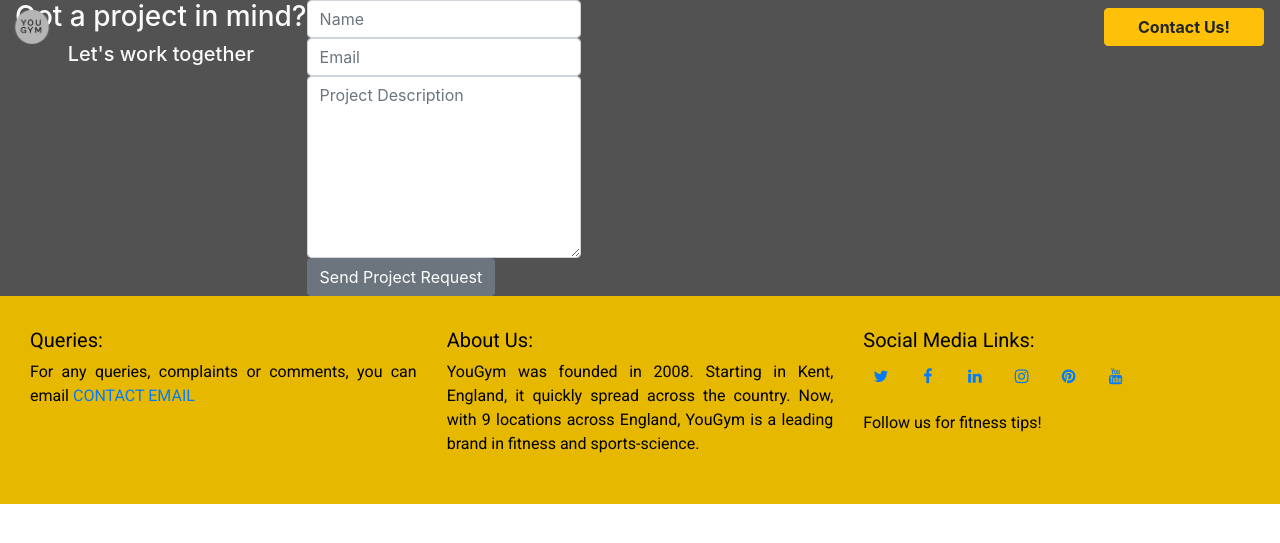
Repository: Felix-Redwood/Interactive-Frontend-Development-Milestone-Project
Page: contact.html
The author's editor kept a record of every edit. The page is drawn from the files as they stood at one moment, then again after the next edit.
The browser window is 1280 px wide. The pictures show the whole page.

Above is the page before.
Console error: ReferenceError: emailjs is not defined

### contact.html
<!DOCTYPE html>
<html lang="en">

<head>
    <meta charset="UTF-8">
    <meta name="viewport" content="width=device-width, initial-scale=1.0">
    <meta name="description" content="YouGym! | The gym for you!">
    <meta name="keywords" content="fitness, exercise, gyms, gym, workout, work out">
    <meta name="author" content="Felix Redwood">
    <meta http-equiv="X-UA-Compatible" content="ie=edge">
    <link rel="icon" type="image/png" href="assets/images/YouGym-logo.png">
    <title>YouGym official site</title>
    <link rel="stylesheet" href="assets/css/main.css" type="text/css" />
    <link href="https://stackpath.bootstrapcdn.com/bootstrap/4.4.1/css/bootstrap.min.css" rel="stylesheet" integrity="sha384-Vkoo8x4CGsO3+Hhxv8T/Q5PaXtkKtu6ug5TOeNV6gBiFeWPGFN9MuhOf23Q9Ifjh" crossorigin="anonymous">
    <link href="https://fonts.googleapis.com/css?family=Roboto&display=swap" rel="stylesheet">
    <link rel="stylesheet" href="https://stackpath.bootstrapcdn.com/font-awesome/4.7.0/css/font-awesome.min.css" type="text/css" />
    <script type="text/javascript" src="https://cdn.jsdelivr.net/npm/emailjs-com@2.4.1/dist/email.min.js"></script>
    <script type="text/javascript">
        (function() {
            emailjs.init("user_VGmB9lBk3P7b5oqcK2H0e");
            emailjs.send("gmail", "contact_template", { name: "YouGym", notes: "RE:" });
        })();
    </script>
</head>

<body>
    <div class="container-fluid navalert-container">
        <nav class="navbar navbar-dark navbar-expand-sm fixed-top top-nav">
            <a href="index.html">
                <img src="assets/images/navbar-logo.png" class="logo" alt="site_logo"/>
            </a>
            <div class="navbar-contact ml-auto">
                <a href="#">
            <button type="button" class="btn btn-warning contact-button">Contact Us!</button>
            </a>
            </div>
        </nav>
    </div>

    <div class="container-wrapper">
        <div class="email-harvester">
            <section class="container-fluid ">
                <div class="row bg-color-contact">
                    <div>
                        <h3 class="contact-heading uppercase text-center">Got a project in mind?</h3>
                        <h5 class="uppercase text-center">Let's work together</h5>
                    </div>
                    <div class="center-form">
                        <form onsubmit="return sendEmail(this);">
                            <input type="text" name="name" class="form-control" id="fullname" placeholder="Name" required/>
                            <input type="text" name="emailaddress" class="form-control" id="emailaddress" placeholder="Email" required/>
                            <textarea rows="7" name="projectsummary" class="form-control" id="projectsummary" placeholder="Project Description" required></textarea>
                            <button type="submit" class="btn btn-secondary center-block">Send Project Request</button>
                        </form>
                    </div>
                </div>
            </section>
        </div>
    </div>

    <!-- footer -->
    <footer class="container-fluid">
        <div class="row">
            <div class="col-sm-4 footer-container">
                <h5 class="uppercase">Queries:</h5>
                <p>For any queries, complaints or comments, you can email <a href="mailto:CONTACT EMAIL HERE" class="email-fade">CONTACT EMAIL</a></p>
                <!--this email, when clicked, will open an email template to contact YouGym-->
            </div>
            <div class="col-sm-4 footer-container">
                <h5 class="uppercase">About Us:</h5>
                <p>YouGym was founded in 2008. Starting in Kent, England, it quickly spread across the country. Now, with 9 locations across England, YouGym is a leading brand in fitness and sports-science. </p>
            </div>
            <div class="col-sm-4 footer-container">
                <h5 class="uppercase">Social Media Links:</h5>
                <ul class="list-inline social-media">
                    <li class="list-inline-item">
                        <a target="_blank" href="#">
                            <i class="fa fa-twitter" aria-hidden="true"></i>
                            <span class="sr-only">Twitter</span>
                        </a>
                    </li>
                    <li class="list-inline-item">
                        <a target="_blank" href="#">
                            <i class="fa fa-facebook" aria-hidden="true"></i>
                            <span class="sr-only">Facebook</span>
                        </a>
                    </li>
                    <li class="list-inline-item">
                        <a target="_blank" href="#">
                            <i class="fa fa-linkedin" aria-hidden="true"></i>
                            <span class="sr-only">LinkedIn</span>
                        </a>
                    </li>
                    <li class="list-inline-item">
                        <a target="_blank" href="#">
                            <i class="fa fa-instagram" aria-hidden="true"></i>
                            <span class="sr-only">Instagram</span>
                        </a>
                    </li>
                    <li class="list-inline-item">
                        <a target="_blank" href="#">
                            <i class="fa fa-pinterest" aria-hidden="true"></i>
                            <span class="sr-only">Pintrest</span>
                        </a>
                    </li>
                    <li class="list-inline-item">
                        <a target="_blank" href="#">
                            <i class="fa fa-youtube" aria-hidden="true"></i>
                            <span class="sr-only">YouTube</span>
                        </a>
                    </li>
                </ul>
                <p>Follow us for fitness tips!</p>
            </div>
        </div>
    </footer>
    <script src="https://code.jquery.com/jquery-3.4.1.slim.min.js" integrity="sha384-J6qa4849blE2+poT4WnyKhv5vZF5SrPo0iEjwBvKU7imGFAV0wwj1yYfoRSJoZ+n" crossorigin="anonymous"></script>
    <script src="https://cdn.jsdelivr.net/npm/popper.js@1.16.0/dist/umd/popper.min.js" integrity="sha384-Q6E9RHvbIyZFJoft+2mJbHaEWldlvI9IOYy5n3zV9zzTtmI3UksdQRVvoxMfooAo" crossorigin="anonymous"></script>
    <script src="https://stackpath.bootstrapcdn.com/bootstrap/4.4.1/js/bootstrap.min.js" integrity="sha384-wfSDF2E50Y2D1uUdj0O3uMBJnjuUD4Ih7YwaYd1iqfktj0Uod8GCExl3Og8ifwB6" crossorigin="anonymous"></script>
    <script type="text/javascript" src="assets/js/contact.js"></script>
</body>

</html>

### assets/css/main.css
body {
    font-family: 'Roboto', sans-serif;
}

bold {
    font-weight: bold;
}

/* This gives us an easy way to make text bold within the html document */

.container-fluid .col-12 {
    margin: 0;
    padding: 0;
}

/* ensures that the container-fluid and col-12 classes do not have any initial padding*/

.mainpageimage-container {
    height: 100vh;
    width: 100%;

    background: url(../images/mainpageimage.jpg) no-repeat top right fixed;
    -webkit-background-size: cover;
    -moz-background-size: cover;
    -o-background-size: cover;
    background-size: cover;

    display: flex;
    align-items: center;
    justify-content: center;

    position: relative;
}

/*Navbar*/

.logo {
    height: 2.115em;
    width: 6em;
    margin-left: -2em;
}

.contact-button {
    width: 10em !important;
    font-weight: bold !important;
}

.homepage-button {
    width: 10em !important;
    font-weight: bold !important;
}

/*Mainpage*/

.mainpage {
    background-color: transparent !important;
    padding-left: 0;
    padding-right: 0;
}

.mainpage-h1 {
    color: white;
    font-weight: bold;
    font-size: 3.4em;
    margin-bottom: 0.8em !important;
    padding-left: 0;
    padding-right: 0;
}

.mainpage-h2 {
    color: white;
    font-size: 1em;
    font-weight: 500;
}

@media (max-width: 906px) {
    .mainpage-h1 {
        padding-left: 0;
        padding-right: 0;
    }
}

@media (max-width: 568px) {
    .mainpage-h1 {
        padding-left: 0;
        padding-right: 0;
    }
}

.container-wrapper {
    padding: 0;
    margin: 0;
}

/* Email Harvester */

.email-harvester {
    background-color: #525252;
    color: #fafafa;
    margin: 0;
    padding: 0;
}

.email-box {
    font-size: 1.5em;
    font-weight: 700;
    text-decoration: none;
    color: #fff;
    margin-top: 1.3em;
    margin-bottom: 1.3em;
}

.email-title {
    font-size: 1.5em;
}

.email-para {
    font-size: 0.9em;
}

.email-input {}

.btn-emailharvester {
    color: #000 !important;
    width: 20em;
}

small {
    font-size: 0.4em !important;
}

.email-div {
    padding-right: 0;
    padding-left: 0;
}

.row {
    margin-left: 0 !important;
    margin-right: 0 !important;
}

.container {
    margin-right: 0 !important;
    margin-left: 0 !important;
}

/* Contact */

.contact-section {
    padding-top: 2em;
    padding-bottom: 2em;
    width: 50%;
}

.contact-form {
    padding-top: 2em;
    min-height: 15em;
    margin: 0 auto;
    width: 100%;
    color: #fff;
}

.btn-send-mail {
    margin-top: 0.4em;
    color: #000 !important;
    font-weight: bold !important;
    width: 100% !important;
}

/* Footer */

footer {
    background-color: #e6b800;
    color: #000;
    font-weight: 520;
    min-height: 120px;
    margin: 0;
    font-family: 'Roboto', sans-serif;
}

.footer-container {
    padding: 2em;
    /* em ensures that padding scales with screen size */
}

.footer-container p {
    text-align: justify;
    /* by justifying the text, the <p> elements look more professional */
}

.footer-container h5 {
    font-weight: 550 !important;
    /* overrides the normal h5 boldness */
}

.social-media li a i {
    width: 35px;
    height: 35px;
    padding-top: 8px;
    border-radius: 50%;
    /* a border-radius of 50% gives us a circle */
    text-align: center;
    transition: all 0.35s ease-in-out;
    -moz-transition: all 0.35s ease-in-out;
    -webkit-transition: all 0.35s ease-in-out;
    -o-transition: all 0.35s ease-in-out;
    /*this will be used for transitioning the items to a different color when hovered over */
}

.social-media li a i:hover {
    color: #000;
    background-color: #fff;
    /* sets the icon color to black and background color to white when hovered over */
    /* this helps distinguish the icon that will be clicked on */
}

/* Email-decoration */

.email-fade {
    transition: all 0.35s ease-in-out;
    -moz-transition: all 0.35s ease-in-out;
    -webkit-transition: all 0.35s ease-in-out;
    -o-transition: all 0.35s ease-in-out;
}

.email-fade:hover {
    color: #408000;
    /* gives a subtle change to the color of the email link when hovered over */
}

### assets/js/contact.js
function sendEmail(contactForm) {
    email,
    js.send(
        "gmail", "contact_template", {
            "from_name": contactForm.name.value,
            "from_email": contactForm.emailaddress.value,
            "email_text": contactForm.content.value
        })
    .then(
        function(response) {
            console.log("SUCCESS", response);
        },
        function(error) {
            console.log("FAILED", error);
        });
    return false;
}

After the next edit:
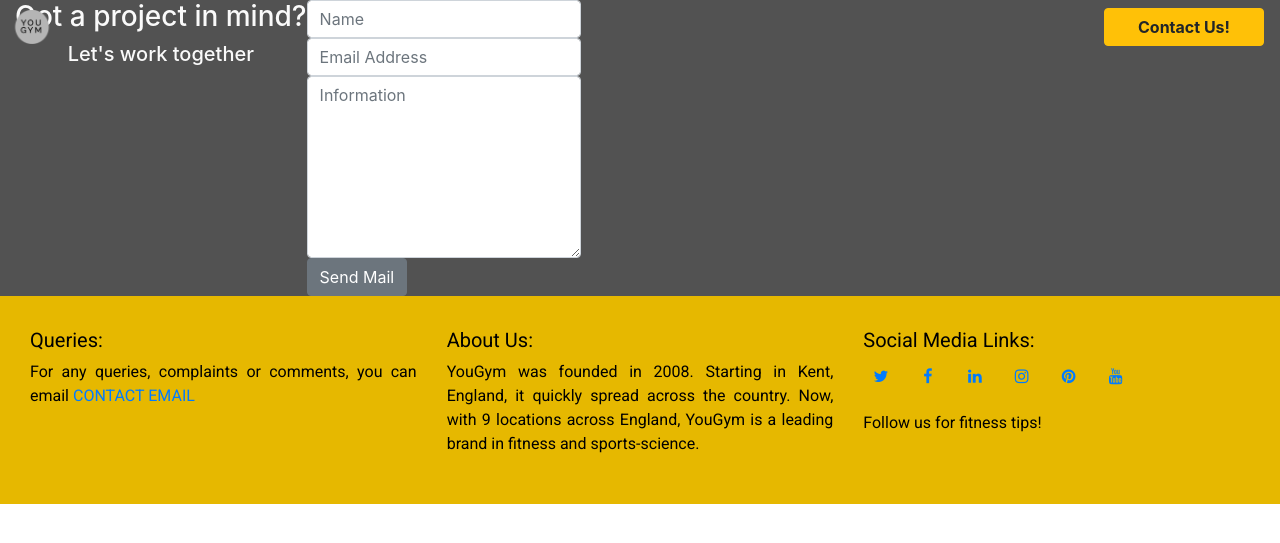
The edit:
--- a/contact.html
+++ b/contact.html
@@ -48,9 +48,9 @@
                     <div class="center-form">
                         <form onsubmit="return sendEmail(this);">
                             <input type="text" name="name" class="form-control" id="fullname" placeholder="Name" required/>
-                            <input type="text" name="emailaddress" class="form-control" id="emailaddress" placeholder="Email" required/>
-                            <textarea rows="7" name="projectsummary" class="form-control" id="projectsummary" placeholder="Project Description" required></textarea>
-                            <button type="submit" class="btn btn-secondary center-block">Send Project Request</button>
+                            <input type="text" name="emailaddress" class="form-control" id="emailaddress" placeholder="Email Address" required/>
+                            <textarea rows="7" name="content" class="form-control" id="content" placeholder="Information" required></textarea>
+                            <button type="submit" class="btn btn-secondary center-block">Send Mail</button>
                         </form>
                     </div>
                 </div>
